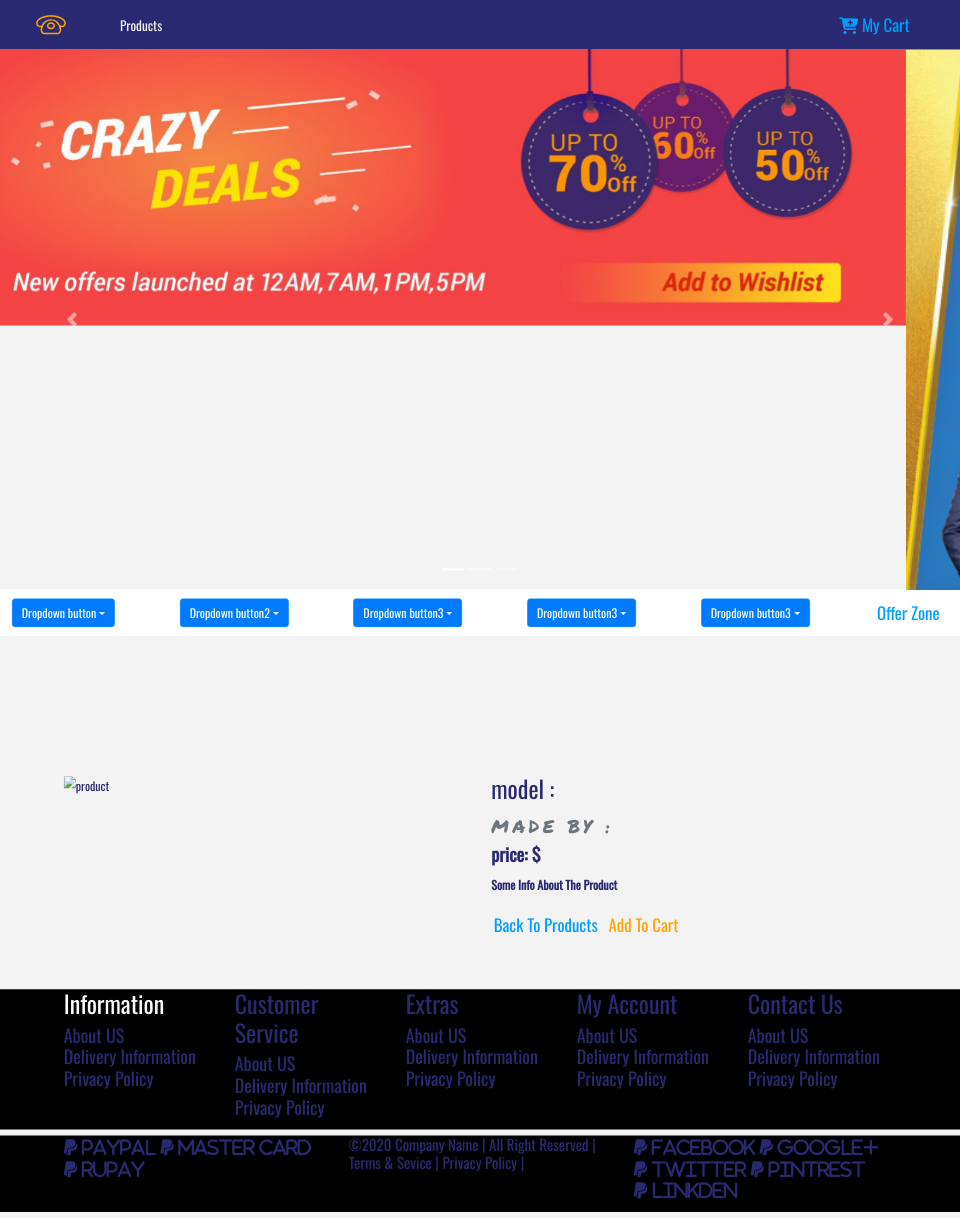
Repository: aditya1068/Online-Store
Page: /details
The author's editor kept a copy of each file at every save. The page is drawn from the files as they stood at one save, then again after the next save.
The browser window is 1280 px wide. The pictures show the whole page, at 75% of full size.
Some web libraries are served in a nearby version. The project was rebuilt for these pictures with package versions that can differ from the ones it lists, and the page was loaded fresh each time. Also part of the build but not shown: src/components/Products.js, src/components/Title.js, src/components/ProductsList.js, src/components/Cart.js, src/components/Default.js.

Above is the page before, as saved 2020-04-03 03:23:42.

### public/index.html
<!DOCTYPE html>
<html lang="en">
  <head>
    <meta charset="utf-8" />
    <link rel="icon" href="%PUBLIC_URL%/favicon.ico" />
    <meta name="viewport" content="width=device-width, initial-scale=1" />
    <meta name="theme-color" content="#000000" />
    <meta
      name="description"
      content="Web site created using create-react-app"
    />
    <link rel="apple-touch-icon" href="%PUBLIC_URL%/logo192.png" />
    <!--
      manifest.json provides metadata used when your web app is installed on a
      user's mobile device or desktop. See https://developers.google.com/web/fundamentals/web-app-manifest/
    -->
    <link rel="manifest" href="%PUBLIC_URL%/manifest.json" />
    <!--
      Notice the use of %PUBLIC_URL% in the tags above.
      It will be replaced with the URL of the `public` folder during the build.
      Only files inside the `public` folder can be referenced from the HTML.

      Unlike "/favicon.ico" or "favicon.ico", "%PUBLIC_URL%/favicon.ico" will
      work correctly both with client-side routing and a non-root public URL.
      Learn how to configure a non-root public URL by running `npm run build`.
    -->
    <!--Google Fonts-->
    <link href="https://fonts.googleapis.com/css?family=Oswald|Permanent+Marker&display=swap" rel="stylesheet">

    <!--Font Awesome-->
    <script src="https://kit.fontawesome.com/7ff98d2d13.js" crossorigin="anonymous"></script>
    <title>Store</title>
  </head>
  <body>
    <noscript>You need to enable JavaScript to run this app.</noscript>
    <div id="root"></div>
    <!--
      This HTML file is a template.
      If you open it directly in the browser, you will see an empty page.

      You can add webfonts, meta tags, or analytics to this file.
      The build step will place the bundled scripts into the <body> tag.

      To begin the development, run `npm start` or `yarn start`.
      To create a production bundle, use `npm run build` or `yarn build`.
    -->
  </body>
</html>

### src/index.js
import React from 'react';
import ReactDOM from 'react-dom';
import './index.css';
import 'bootstrap';
//import 'bootstrap/dist/css/bootstrap.css';
//import 'bootstrap/dist/js/bootstrap.js';
import App from './App';
import { BrowserRouter as Router } from 'react-router-dom';
import {ProductProvider } from './context';
import * as serviceWorker from './serviceWorker';

ReactDOM.render(
    <ProductProvider>

    <Router>
    <App/>
    </Router>

    </ProductProvider>,



 document.getElementById('root'));

// If you want your app to work offline and load faster, you can change
// unregister() to register() below. Note this comes with some pitfalls.
// Learn more about service workers: https://bit.ly/CRA-PWA
serviceWorker.unregister();

### src/App.js
import React, { Component } from "react";
import {Route,Switch} from 'react-router-dom';
import { BrowserRouter as  Router} from 'react-router-dom';
import './App.css';
import "bootstrap/dist/css/bootstrap.min.css";
import Navbar from "./components/Navbar";
import Navbar1 from "./components/Navbar1";
import ProductsList from "./components/ProductsList";
import Details from "./components/Details";
import Cart from "./components/Cart";
import Default from "./components/Default";
import Modal from './components/Modal';
import Slider from "./components/Slider";
import Footer from "./components/Footer";
import Footer2 from "./components/Footer2";

class App extends Component {
  render() {
    return(

      <Router>
        <Navbar />
        <Slider />
        <Navbar1 />

          <Switch>
            <Route path ="/" exact component ={
              () => (<ProductsList></ProductsList>)
            } />

            <Route path ="/details" exact component ={
              () => (<Details></Details>)
             } />

            <Route path ="/cart" exact component ={
              () => (<Cart></Cart>)
            } />

              <Route  component ={
              () => (<Default></Default>)
            } />

              </Switch>

            <Modal />
            <Footer />
            <Footer2 />
  </Router>

    );
  }
}

export default App;

### src/context.js
import React, { Component } from 'react';
import { storeProducts, detailProduct } from './data';

const ProductContext = React.createContext();
// Provider
// Consumer

class ProductProvider extends Component {
   state = {
     products: [],
     detailProduct: detailProduct,
     cart: [],
     modalOpen: false,
     modalProduct: detailProduct,
     cartSubTotal: 0,
     cartTax: 0,
     CartTotal: 0,
   };

   componentDidMount() {
     this.setProducts();
   }

   setProducts = () => {
     let tempProducts = [];
     storeProducts.forEach(item => {
       const singleItem = { ...item };
       tempProducts = [...tempProducts, singleItem];
     });
     this.setState(() => {
       return { products: tempProducts };
     });
   };

    getItem = (id) => {
      const product = this.state.products.find(item => item.id === id);
      return product;
    };

   handleDetail =(id) => {
     const product = this.getItem(id);
     this.setState(() => {
       return { detailProduct:product };
     });
   };

 addToCart =(id) => {
   let tempProducts = [...this.state.products];
   const index = tempProducts.indexOf(this.getItem(id));
   const product = tempProducts[index];
   product.inCart = true;
   product.count = 1;
   const  price  = product.price;
   product.total = price;
   this.setState(() => {
     return { products: tempProducts, cart: [...this.state.cart, product] };
   },
   () => {
     this.addTotals();
   });
 };

    openModal = id => {
      const product = this.getItem(id);
      this.setState(() => {
        return { modalProduct: product, modalOpen: true };
      });
    }

closeModal = () => {
  this.setState(() => {
    return { modalOpen: false };
  });
};

increment = (id) => {
  let tempCart = [...this.state.cart];
  const selectedProduct = tempCart.find(item=>item.id === id);

  const index = tempCart.indexOf(selectedProduct);
  const product = tempCart[index];

  product.count += 1;
  product.total = product.count * product.price;

  this.setState(() => {
    return { cart: [...tempCart] };
  },
  () => {
    this.addTotals();
  });
}

decrement = (id) => {
  let tempCart = [...this.state.cart];
  const selectedProduct = tempCart.find(item => item.id === id);

  const index = tempCart.indexOf(selectedProduct);
  const product = tempCart[index];
  product.count = product.count - 1;
  if (product.count === 0) {
    this.removeItem(id);
  } else {
    product.total = product.count * product.price;
    this.setState(() => {
      return { cart: [...tempCart] };
    },
    () => { this.addTotals(); });
  }
};

removeItem = (id) => {
  const tempProducts = [...this.state.products];
  let tempCart = [...this.state.cart];

  tempCart = tempCart.filter(item => item.id !== id);
  const index = tempProducts.indexOf(this.getItem(id));
  const removedProduct = tempProducts[index];
  removedProduct.inCart = false;
  removedProduct.Count = 0;
  removedProduct.total = 0;
  this.setState(() => {
    return {
      cart: [...tempCart],
      products: [...tempProducts],
    };
  });
}

clearCart =() => {
  this.setState(() => {
    return { cart: [] };
  }, () => {
    this.setProducts();
    this.addTotals();
  });
};

addTotals =() => {
  let subTotal = 0;
  this.state.cart.map(item => (subTotal += item.total));
  const tempTax = subTotal * .18;
  const tax = parseFloat(tempTax.toFixed(1));
  const total = subTotal + tax;
  this.setState(() => {
    return {
      cartSubTotal: subTotal,
      cartTax: tax,
      CartTotal: total,
    };
  });
};

render() {
  return (
    <ProductContext.Provider value={{
      ...this.state,
      handleDetail: this.handleDetail,
      addToCart: this.addToCart,
      openModal: this.openModal,
      closeModal: this.closeModal,
      increment: this.increment,
      decrement: this.decrement,
      removeItem: this.removeItem,
      clearCart: this.clearCart,
    }}
    >
      {this.props.children}
    </ProductContext.Provider>
  );
}
}


const ProductConsumer = ProductContext.Consumer;

export { ProductProvider, ProductConsumer };

### src/App.css
:root{
  --mainBlue: #2a2a72;
  --lightBlue: #009ffd;
  --mainWhite: #f3f3f3;
  --mainDark: #232528;
  --mainYellow: #ffa400;
}
body{
    font-family: 'Oswald', sans-serif !important;
    background: var(--mainWhite)!important;
    color: var(--mainBlue)!important ;
}
.text-title{
font-family: 'Permanent Marker', cursive;
letter-spacing: 0.3rem;
text-transform: uppercase;
}
.text-blue{
  color: var(--mainBlue);
}
.text-bright{
  color: var(--lightBlue);
}
.btn-black{
  background: transparent;
  text-transform: capitalize;
  font-size: 0.6rem !important;
  color: var(--mainDark);
  border-radius: 0 !important;
  border: 0.1rem solid var(--mainDark) !important;
}

.btn-black:hover{
  background: var(--mainDark) !important;
  color: var(--mainWhite) !important;
}

.cart-icon{
  cursor: pointer;
  font-size: 1.2rem;
  color: var(--mainYellow);
}

### src/components/Navbar.js
import React, { Component } from 'react';
import {Link} from 'react-router-dom';
import logo from "../logo.svg";
import styled from "styled-components";
import {ButtonContainer} from  './button';
export default class Navbar extends Component{
    render(){
        return(

           <NavWrapper className="navbar navbar-expand-sm navbar-dark  px-sm-5">
               { /*
                https://www.iconfinder.com/icons/1243689/call_phone_icon
                Creative Commons (Attribution 3.0 Unported);
               https://www.iconfinder.com/Makoto_msk */}
    <Link to ='/' >
     <img src={logo} alt = "store" className="navbar-brand" />
    </Link>
    <ul className= "navbar-nav align-items-center">
        <li className="nav-item ml-5">
        <Link to= "/" className= "nav-link">
            products
            </Link>
            </li>
        </ul>
        <Link to= '/Cart' className="ml-auto">

        <ButtonContainer>
            <span className ="mr-2">
                <i className="fas fa-cart-plus"></i>  my cart
                </span> </ButtonContainer>
        </Link>
            </NavWrapper>
        );
    }
}

const NavWrapper =styled.nav`
background: var(--mainBlue);
.nav-link{
    color:var(--mainWhite)!important;
    font-size: 1.1rem;
    text-transform: capitalize;
}
`;

### src/components/Details.js
import React, { Component } from 'react';
import {ProductConsumer} from '../context';
import {Link} from 'react-router-dom';
import {ButtonContainer} from './button';
export default class Details extends Component{
    render(){
        return(

            <ProductConsumer>
                {(value)=>{
                    const {id,company,img,info,price,title,inCart}=
                    value.detailProduct;
                    return(
                        <div className="container py-5">
                            {/*title */}
                            <div className="row">
                                <div className="col-10 mx-auto text-center text-slanted text-blue my-5">
                                    <h1>{title}</h1>
                                    </div>
                            </div>

                            {/*end title */}
                            {/*Product info */}
                            <div className="row">
                                <div className="col-10 mx-auto col-md-6 my-3">

                                 <img src={img} className="img-fluid" alt="product"/>
                                </div>
                                {/* Product text */}
                                <div className="col-10 mx-auto col-md-6 my-3  text-capitalise">
                                    <h2>model :{title}</h2>
                                    <h4  className="text-title text-upercase text-muted mt-3 mb-2">
                                   made by : <span className="text-uppercase">
                                       {company}</span>  </h4>
                                       <h4 className="text-blue">
                                           <strong>
                                               price: <span>$</span>
                                          {price}
                                           </strong>
                                  </h4>
                                <p className="text-capitalize font-weight-bold mt-3 mb-0">
                                    some info about the product
                                </p>
                                <p className="text-muted lead">{info}</p>
                                {/* buttons */}
                                <div>
                                    <Link to="/">
                                        <ButtonContainer>back to products</ButtonContainer>
                                    </Link>
                                    <ButtonContainer cart
                                     disabled={inCart ? true : false}
                                     onClick={()=>{
                                        value.addToCart(id);
                                        value.openModal(id);
                                     }}
                                     >
                                        {inCart ? "inCart": "add to cart"}
                                    </ButtonContainer>

                                </div>
                            </div>
                        </div>
                        </div>
                    );
                }}

            </ProductConsumer>

        );
    }

}

### src/components/Modal.js
import React, { Component } from 'react'
import styled from 'styled-components';
import {ProductConsumer} from '../context';
import {ButtonContainer } from './button';
import {Link} from "react-router-dom";


export default class  extends Component {
    render() {
        return (
            <ProductConsumer>
                {(value) => {
                    const {modalOpen,closeModal} = value;
                    const {img,title,price} = value.modalProduct;

                    if(!modalOpen){
                        return null;
                    }

                    else{
                return (
                <ModalContainer>
    <div className="container">
    <div className="row">
      <div id="modal" className= "col-8 mx-auto col-md-6 col-lg-4 text-center text-capitalize">
    <h5>item added to the cart</h5>
    <img src={img} className="img-fluid" alt="product" />
    <h5>{title}</h5>
    <h5 className= "text-muted">price : $ {price} </h5>
    <Link to ='/'>
        <ButtonContainer onClick={()=>closeModal()}>
            continue Shopping
        </ButtonContainer>
    </Link>
    <Link to ='/cart'>
        <ButtonContainer cart onClick={()=>closeModal()}>
            go to Cart
        </ButtonContainer>
    </Link>
    </div>
    </div> </div>
                        </ModalContainer>
                        );

                }
            }}
            </ProductConsumer>
        );
    }
}

const ModalContainer = styled.div`
position:fixed;
top: 0;
left: 0;
right: 0;
bottom: 0;
background: rgba(0,0,0,0.3);
display: flex;
align-items: center;
justufy-content: center;
#modal{
    background: var(--mainWhite);
}
`;

### src/components/Slider.js
import React, { Component } from 'react'
import Carousel from 'react-bootstrap/Carousel'
//import Carousel from 'react-multi-carousel';
import 'react-multi-carousel/lib/styles.css';
import {Link} from 'react-router-dom';

export default class Slider extends Component {
    render() {
        return (
            <div>
                <Carousel>
  <Carousel.Item>
    <img
      className="d-block w-100"
      src="img/slider1.jpg"
      alt="First slide"
    />
    <Carousel.Caption>
      <h3></h3>
      <p></p>
    </Carousel.Caption>
  </Carousel.Item>
  <Carousel.Item>
    <img
      className="d-block w-100"
      src="img/slider2.jpg"
      alt="Second slide"
    />

    <Carousel.Caption>

    </Carousel.Caption>
  </Carousel.Item>
  <Carousel.Item>
    <img
      className="d-block w-100"
      src="img/slider3.jpg"
      alt="Third slide"
    />


  </Carousel.Item>
</Carousel>
            </div>
        )
    }
}

### src/components/Footer.js
import React, { Component } from 'react';


export default class Footer extends Component {
    render() {
      return (
          <div className="main-footer"  >
             <h1 style={{backgroundColor: "black"}}>
              <div className= "container">
              <div className= "row">
                  {/* column1 */}
                  <div className= "col">
                  <h2 style={{color: "white"}}>Information</h2>
                      <ul className="list-unstyled">
                         <h4> <li>About US</li>
                          <li>Delivery Information</li>
                          <li>Privacy Policy</li></h4>
                      </ul>
                  </div>
                  {/* column2 */}
                  <div className= "col">
                      <h2>Customer Service</h2>
                      <ul className="list-unstyled">
                         <h4> <li>About US</li>
                          <li>Delivery Information</li>
                          <li>Privacy Policy</li></h4>
                      </ul>
                  </div>
                  {/* column3 */}
                  <div className= "col">
                      <h2>Extras</h2>
                      <ul className="list-unstyled">
                         <h4> <li>About US</li>
                          <li>Delivery Information</li>
                          <li>Privacy Policy</li></h4>
                      </ul>
                  </div>
                  {/*column 4 */}
                  <div className= "col">
                      <h2>My Account</h2>
                      <ul className="list-unstyled">
                        <h4>  <li>About US</li>
                          <li>Delivery Information</li>
                          <li>Privacy Policy</li></h4>
                      </ul>
                  </div>
                   {/*column 5 */}
                   <div className= "col">
                      <h2>Contact Us</h2>
                      <ul className="list-unstyled">
                        <h4>  <li>About US</li>
                          <li>Delivery Information</li>
                          <li>Privacy Policy</li></h4>
                      </ul>
                  </div>



                  </div>
              </div></h1>
          </div>

      )
      }}

### src/components/Footer2.js
import React, { Component } from 'react';

export default class Footer2 extends Component {
    render() {
      return (
        <div className="second-footer">
            <h1 style={{backgroundColor: "black"}}>
              <div className= "container">
              <div className= "row">
                  {/* column1 */}
                  <div className= "col">
                      <ul className="list-unstyled">
                        <h4> <i className="fab fa-paypal"> Paypal </i> {""}
                          <i className="fab fa-paypal"> Master Card </i> {""}
                          <i className="fab fa-paypal"> Rupay </i> {""}</h4>
                      </ul>
                  </div>
                          {/* column2 */}
                   <div className= "col">

                      <ul className="list-unstyled">
                         <h5>  &copy;{(new Date().getFullYear())} Company Name | All Right Reserved |
                           Terms & Sevice | Privacy Policy |    </h5>
                      </ul>
                  </div>

                        {/*Column 3*/}
                        <div className= "col">
                      <ul className="list-unstyled">
                     <h4><i className="fab fa-paypal"> Facebook </i> {""}
                          <i className="fab fa-paypal"> Google+ </i> {""}
                          <i className="fab fa-paypal"> Twitter </i> {""}
                          <i className="fab fa-paypal"> Pintrest </i> {""}
                          <i className="fab fa-paypal"> Linkden </i> {""}</h4>

                      </ul>
                  </div>
                     </div>
                  </div></h1>
                 </div>



      )
    }
}

### src/components/button.js
import styled from "styled-components"



export const ButtonContainer = styled.button`
text-transform:capitalize;
font-size:1.4rem;
background: transparent;
border: 0.05 rem solid var(--lightBlue);
color: var(--lightBlue);
border-color: ${props => (props.cart? "var(--mainYellow)": "var--(lightBlue)")};
color ${prop => prop.cart ? "var(--mainYellow)": "var--(lightBlue)"};
border-radius: 0.5rem;
padding:0.2rem;
cursor:pointer;
margin:0.2rem 0.5rem 0.2rem 0;
transition:all 0.5s ease-in-out;
&:hover: {
    background:${prop => prop.cart ? "var(--mainYellow)": "var--(lightBlue)"};
    color:var(--mainBlue);
}
&:focus{
    outLine: none;
}
`;

Loaded but not shown: src/index.css (common file); src/serviceWorker.js (common file); src/data.js (99 lines, source omitted); src/components/Navbar1.js (89 lines, source omitted)

After the next save:
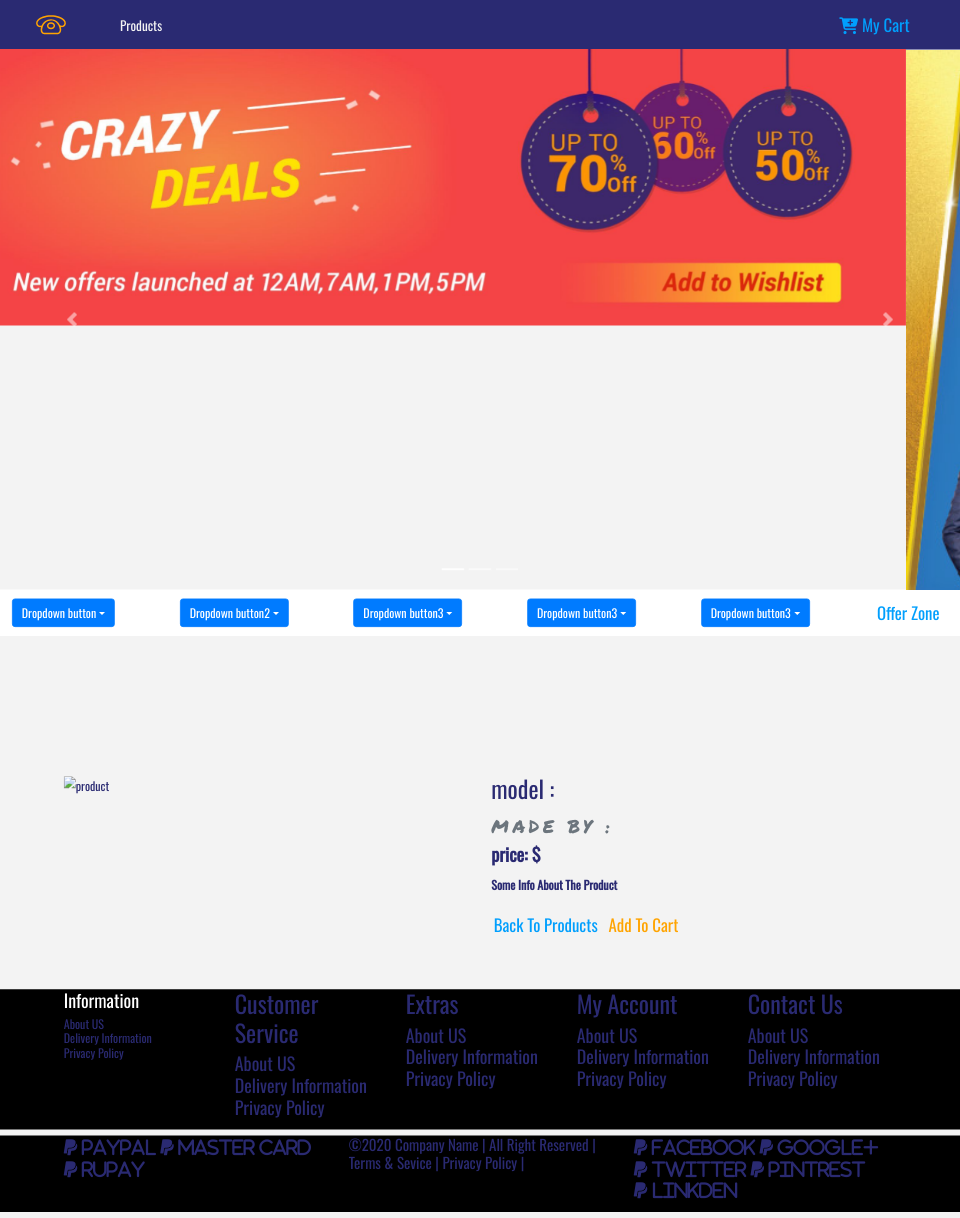
Saved 68 s later.
--- a/src/components/Footer.js
+++ b/src/components/Footer.js
@@ -10,11 +10,11 @@ export default class Footer extends Component {
               <div className= "row">
                   {/* column1 */}
                   <div className= "col">
-                  <h2 style={{color: "white"}}>Information</h2>
+                  <h4 style={{color: "white"}}>Information</h4>
                       <ul className="list-unstyled">
-                         <h4> <li>About US</li>
+                         <h6> <li>About US</li>
                           <li>Delivery Information</li>
-                          <li>Privacy Policy</li></h4>
+                          <li>Privacy Policy</li></h6>
                       </ul>
                   </div>
                   {/* column2 */}
